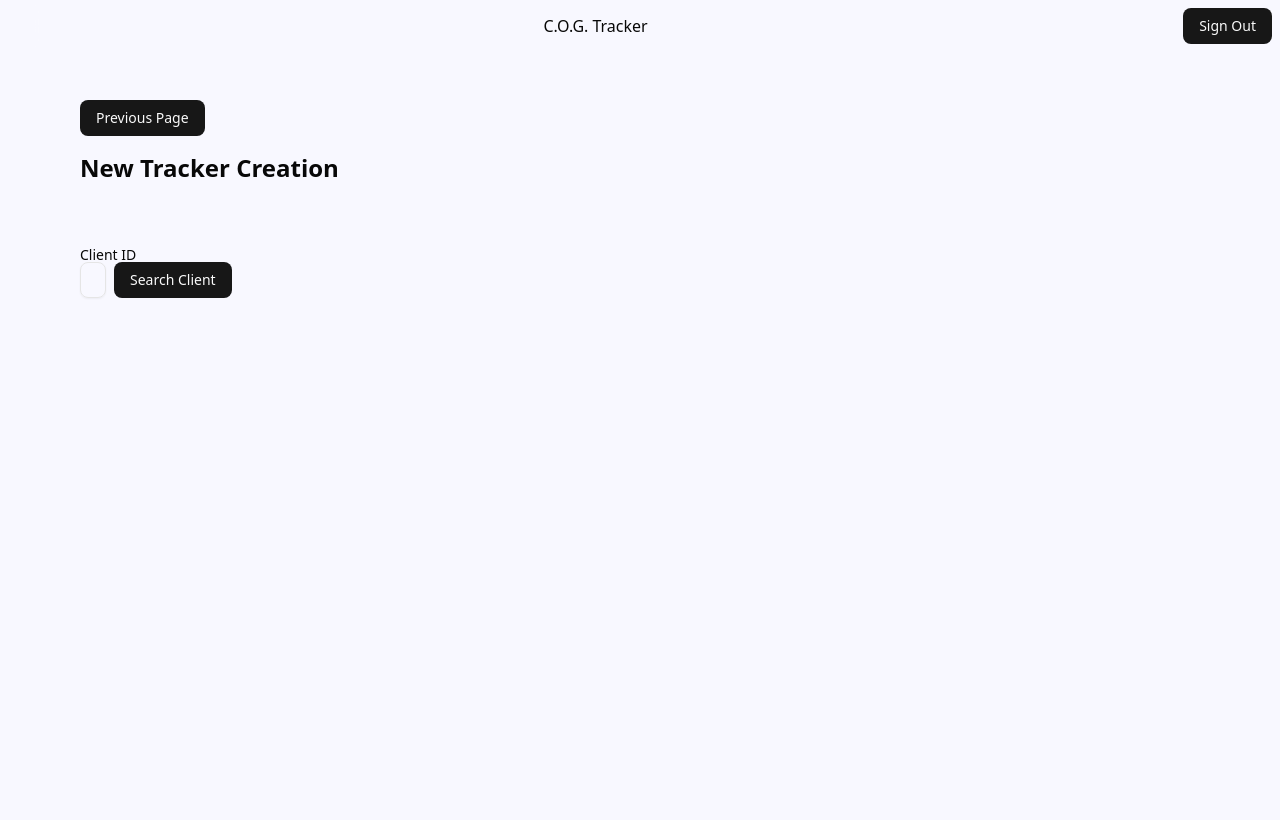
Repository: Renzo-Salosagcol/cog_tracker
Page: /dashboard/add-tracker
An editor plug-in stored every save of this project. The page is shown before and after the next save, followed by the edit.
The browser window is 1280 px wide. The pictures show the whole page.
The page's requests for data from a server got no answer. The project was rebuilt for these pictures with package versions that can differ from the ones it lists, and the page was loaded fresh each time. The framework's server and built-in components were replaced by stand-ins that run in the browser. No one was signed in, and anything a server would have sent is missing. Also part of the build but not shown: next.config.ts.

Above is the page before, as saved 2026-01-14 20:28:27.

After the next save:
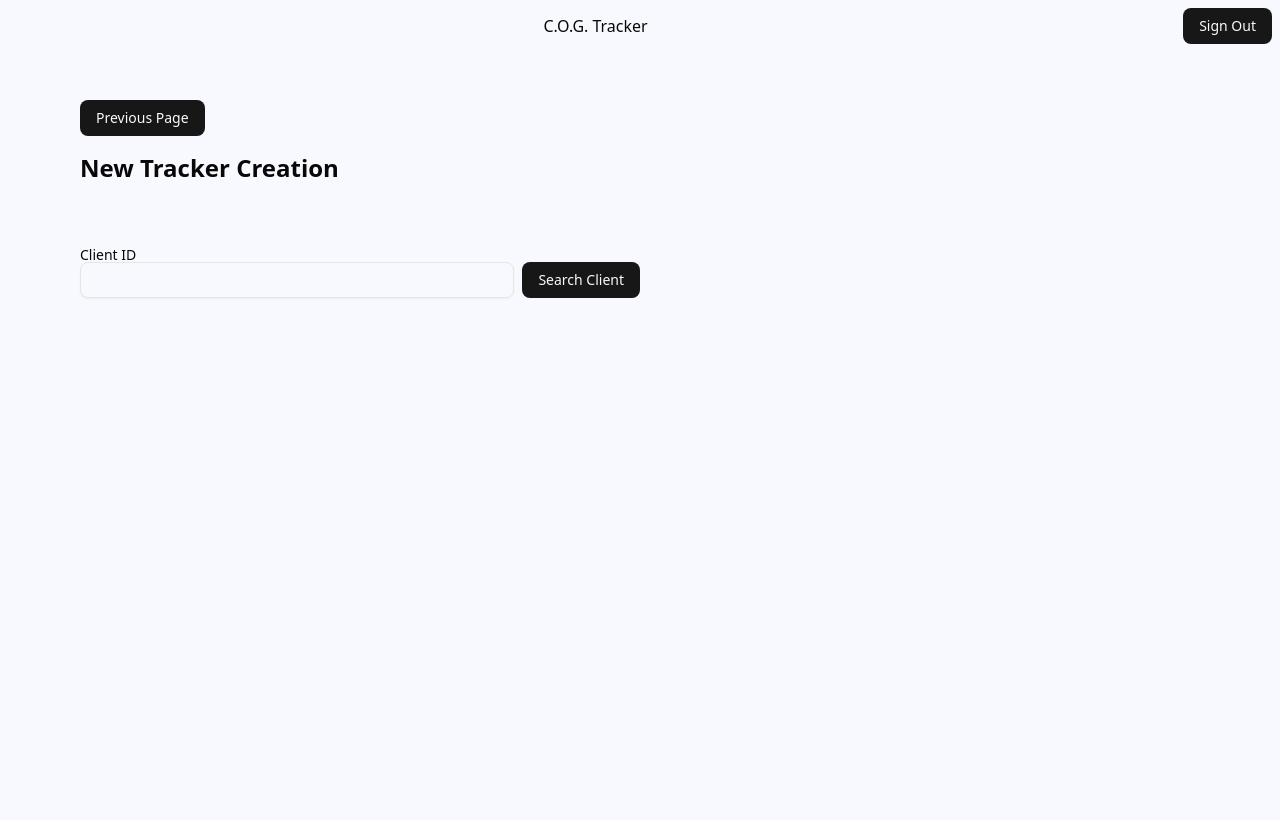
Saved 10 s later.
--- a/app/dashboard/add-tracker/page.tsx
+++ b/app/dashboard/add-tracker/page.tsx
@@ -20,7 +20,7 @@ export default function AddTrackerPage() {
         <Separator className="my-4" />
         <div>
           <Label htmlFor="client-id">Client ID</Label>
-          <div className="flex gap-2 w-20">
+          <div className="flex gap-2 w-1/2">
             <Input id="client-id" />
             <Button>Search Client</Button>
           </div>
